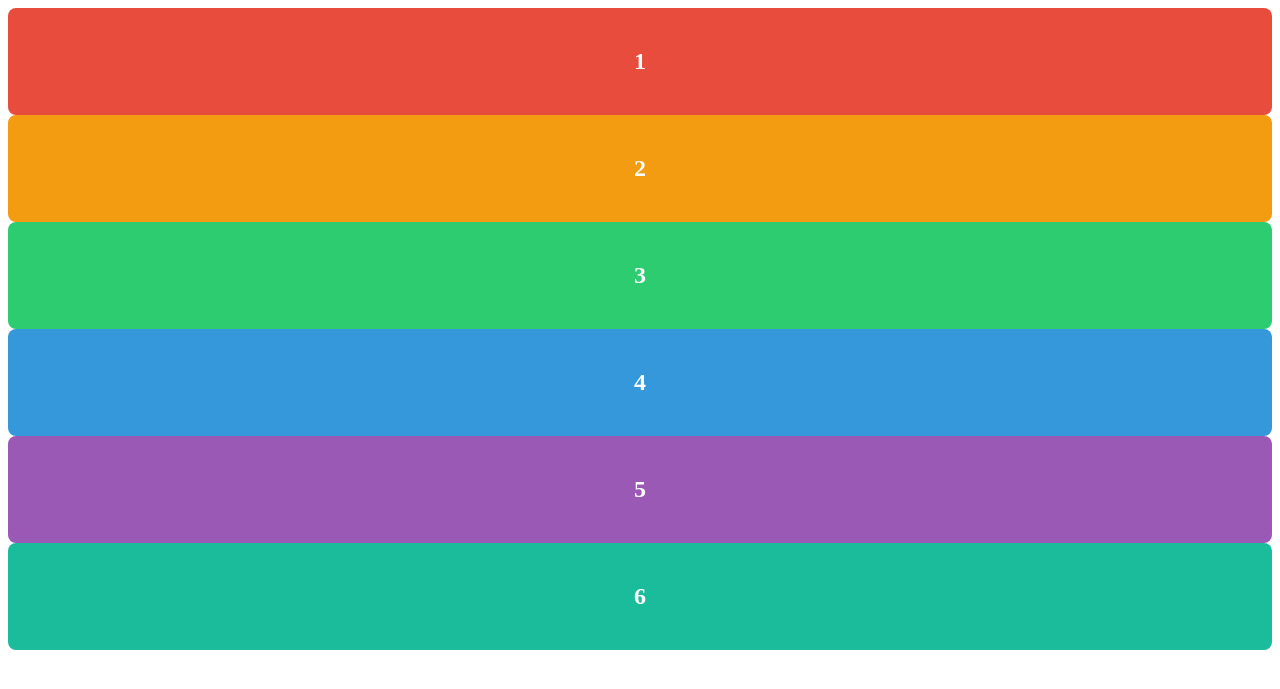
Repository: mertfurkandgn/artpainting
Page: card-1/index.html
These files come from the project's save history. The page is drawn as it stood at one moment and after the next save; the edit follows.
The browser window is 1280 px wide. The pictures show the whole page.

Above is the page before, as saved 2025-07-30 21:43:50.

### card-1/index.html
<!DOCTYPE html>
<html lang="en">
  <head>
    <meta charset="UTF-8" />
    <meta name="viewport" content="width=device-width, initial-scale=1.0" />
    <title>Card 1</title>
    <link rel="stylesheet" href="css/style.css" />
  </head>
  <body>
    <main>
      <section class="card-section">
        <div class="container">
          <div class="row">
            <div class="card">
              <div class="grid-container">
                <div class="item">1</div>
                <div class="item">2</div>
                <div class="item">3</div>
                <div class="item">4</div>
                <div class="item">5</div>
                <div class="item">6</div>
              </div>
            </div>
          </div>
        </div>
      </section>
    </main>
  </body>
</html>

### card-1/css/style.css
.grid-container{
    display: grid;

       grid-column: span 2;
}
.item {
      color: white;
      padding: 40px 0;
      font-size: 24px;
      text-align: center;
      border-radius: 8px;
      font-weight: bold;
    }

    /* Her kutuya farklı arka plan rengi */
    .item:nth-child(1) { background-color: #e74c3c; } /* kırmızı */
    .item:nth-child(2) { background-color: #f39c12; } /* turuncu */
    .item:nth-child(3) { background-color: #2ecc71; } /* yeşil */
    .item:nth-child(4) { background-color: #3498db; } /* mavi */
    .item:nth-child(5) { background-color: #9b59b6; } /* mor */
    .item:nth-child(6) { background-color: #1abc9c; } /* camgöbeği */

After the next save:
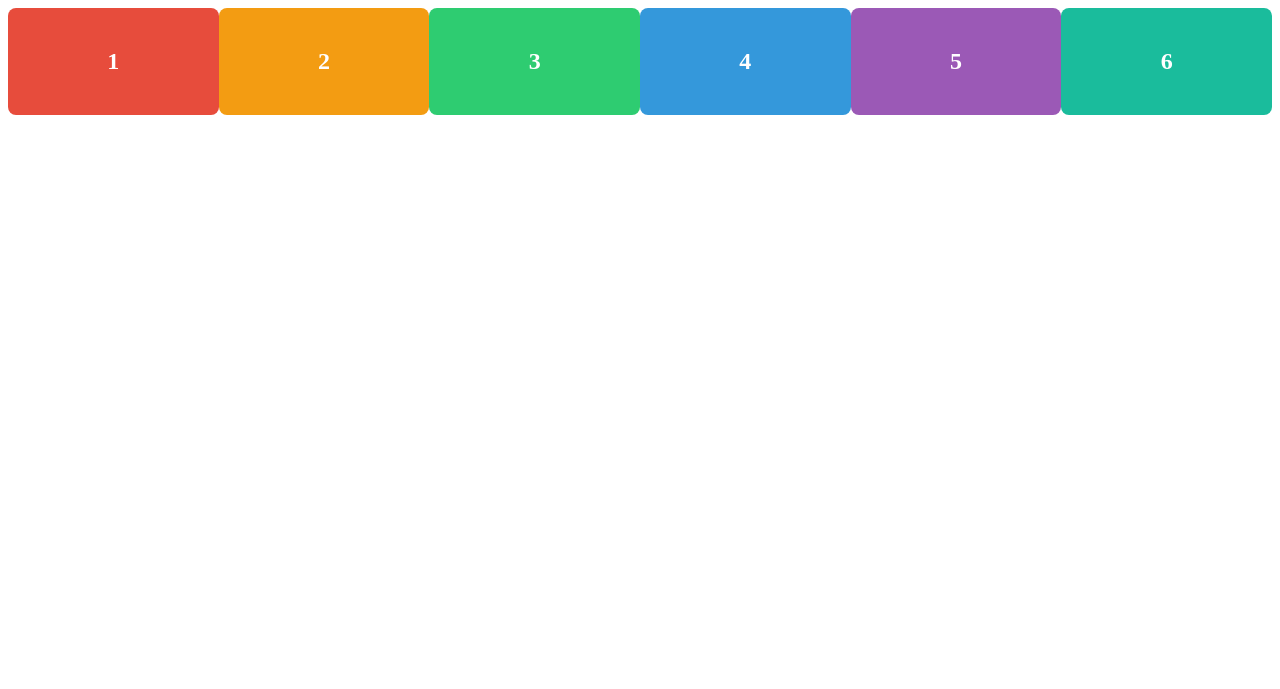
Saved 11 s later.
--- a/card-1/css/style.css
+++ b/card-1/css/style.css
@@ -1,5 +1,6 @@
 .grid-container{
     display: grid;
+ grid-template-columns: repeat(auto-fit, minmax(200px, 1fr));
 
        grid-column: span 2;
 }

After the save that followed:
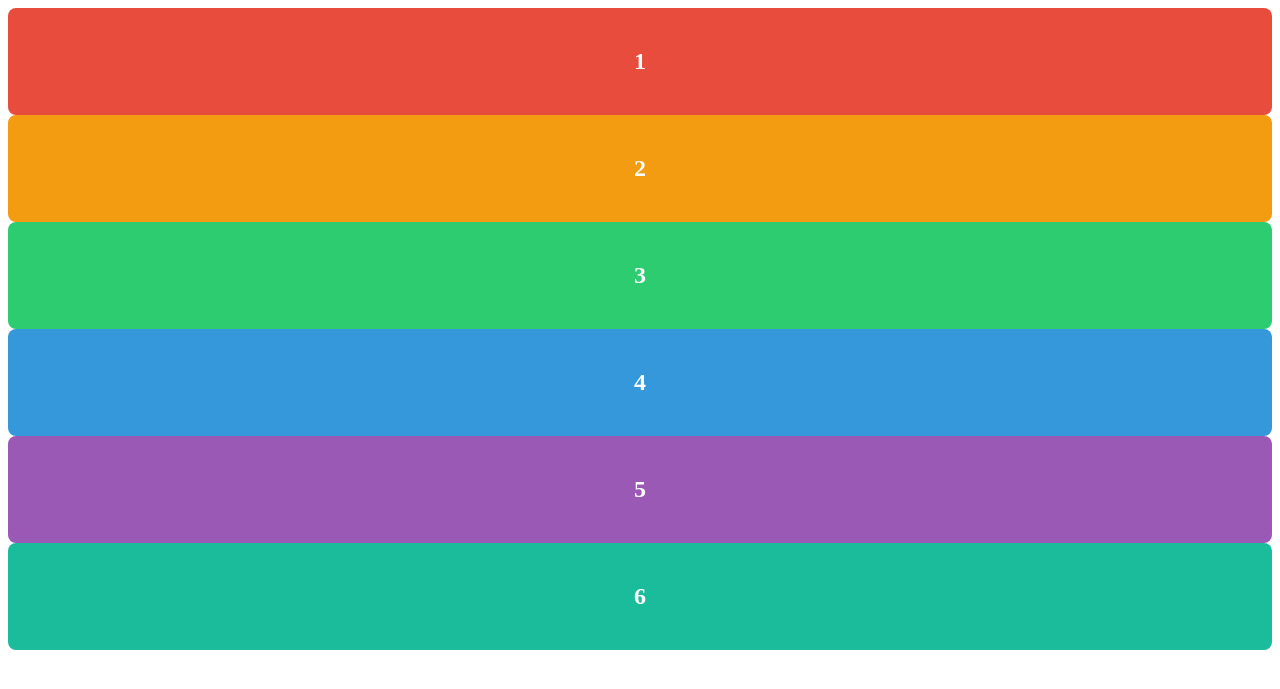
Saved 82 s later.
--- a/card-1/css/style.css
+++ b/card-1/css/style.css
@@ -1,6 +1,6 @@
 .grid-container{
     display: grid;
- grid-template-columns: repeat(auto-fit, minmax(200px, 1fr));
+ grid-template-columns: repeat(auto-fit, minmax(200px, 1fr 1fr));
 
        grid-column: span 2;
 }
